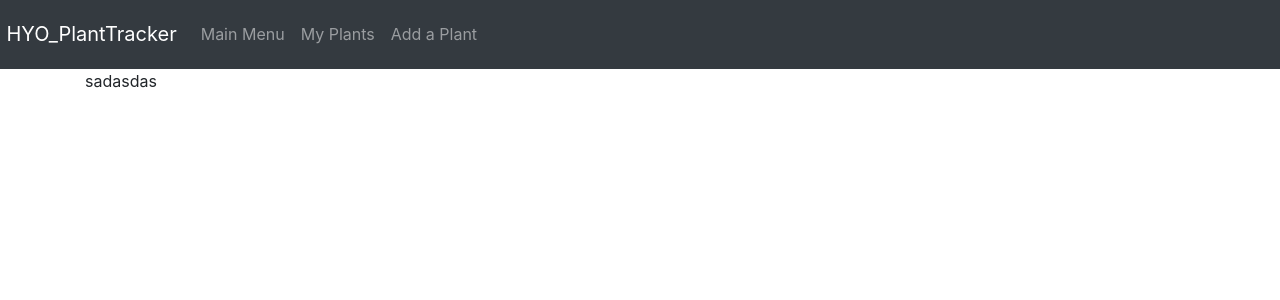
Repository: emersonwilliams/HYO_PlantTracker
Page: capstone_app/plant_tracker/templates/myplants.html
An editor plug-in stored every save of this project. The page is shown before and after the next save, followed by the edit.
The browser window is 1280 px wide. The pictures show the whole page.

Above is the page before, as saved 2020-08-02 00:00:35.

After the next save:
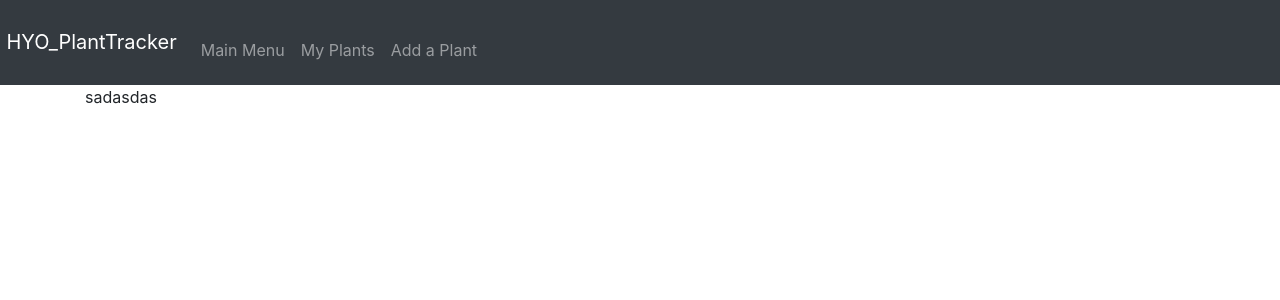
Saved 9 s later.
--- a/capstone_app/plant_tracker/static/css/myplants.css
+++ b/capstone_app/plant_tracker/static/css/myplants.css
@@ -2,5 +2,5 @@
     padding: 0.4em 0.4em 0.4em 0.4em;
 }
 .op1{
-    padding: 1em 1em 1em 1em;
+    padding: 2em 1em 1em 1em;
 }
